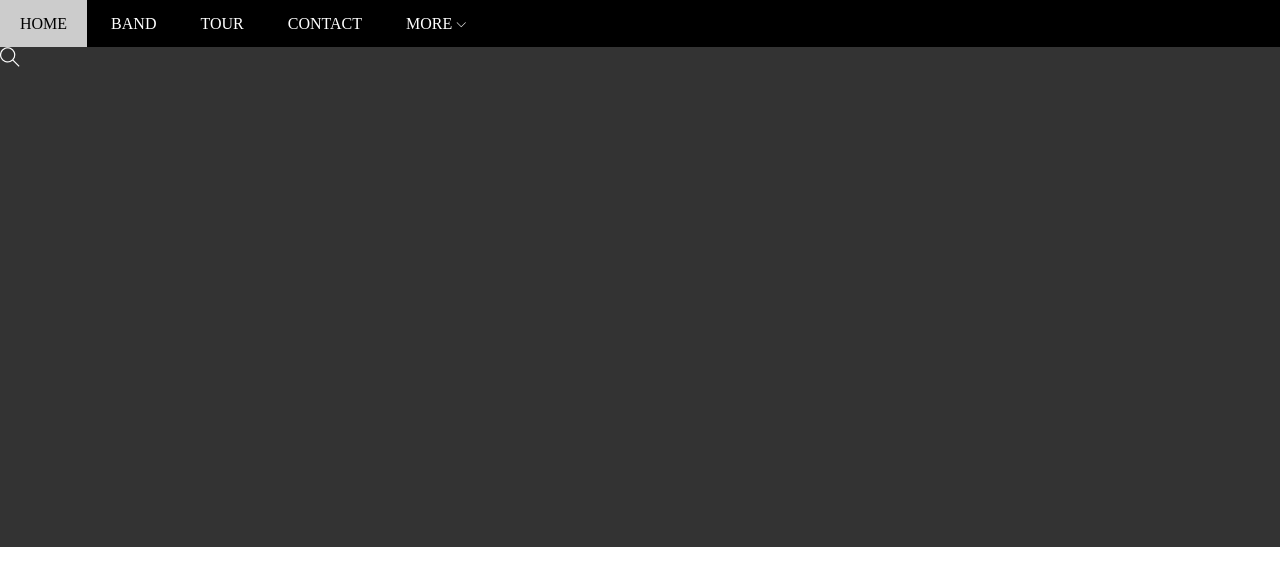
Repository: Dino0411/Dino0411.github.io
Page: index.html
The author's editor kept a copy of each file at every save. The page is drawn from the files as they stood at one save, then again after the next save.
The browser window is 1280 px wide. The pictures show the whole page.

Above is the page before, as saved 2021-10-03 23:27:56.

After the next save:
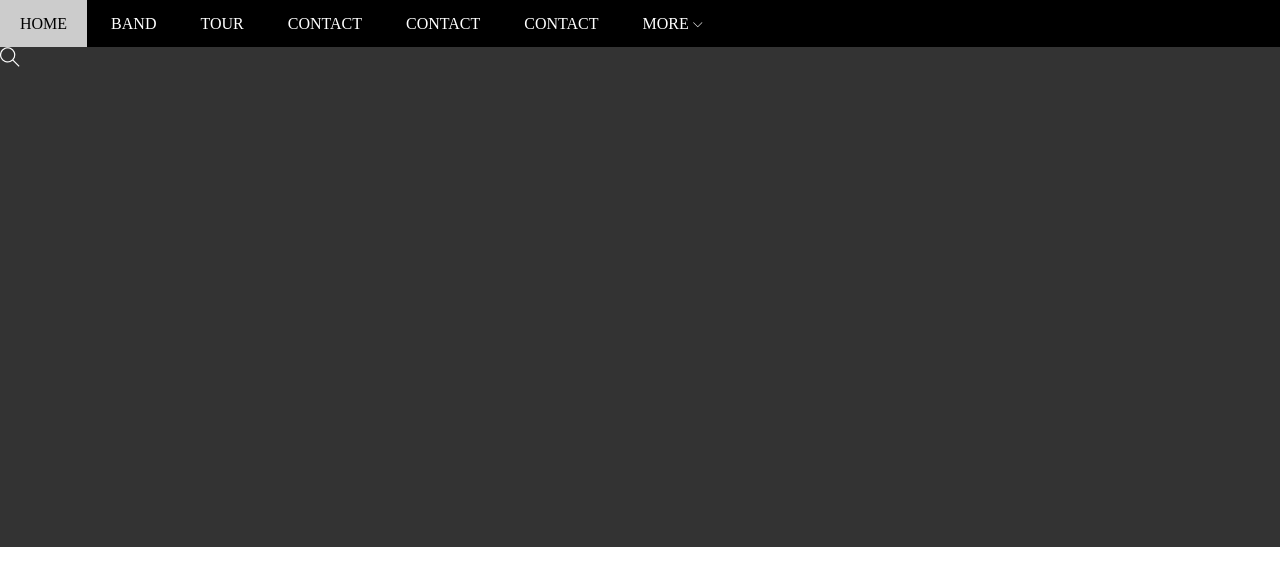
Saved 19 s later.
--- a/index.html
+++ b/index.html
@@ -17,6 +17,8 @@
                 <li><a href="">Home</a></li>
                 <li><a href="">Band</a></li>
                 <li><a href="">Tour</a></li>
+                <li><a href="">Contact</a></li>
+                <li><a href="">Contact</a></li>
                 <li><a href="">Contact</a></li>
                 <li>
                     <a href="">
